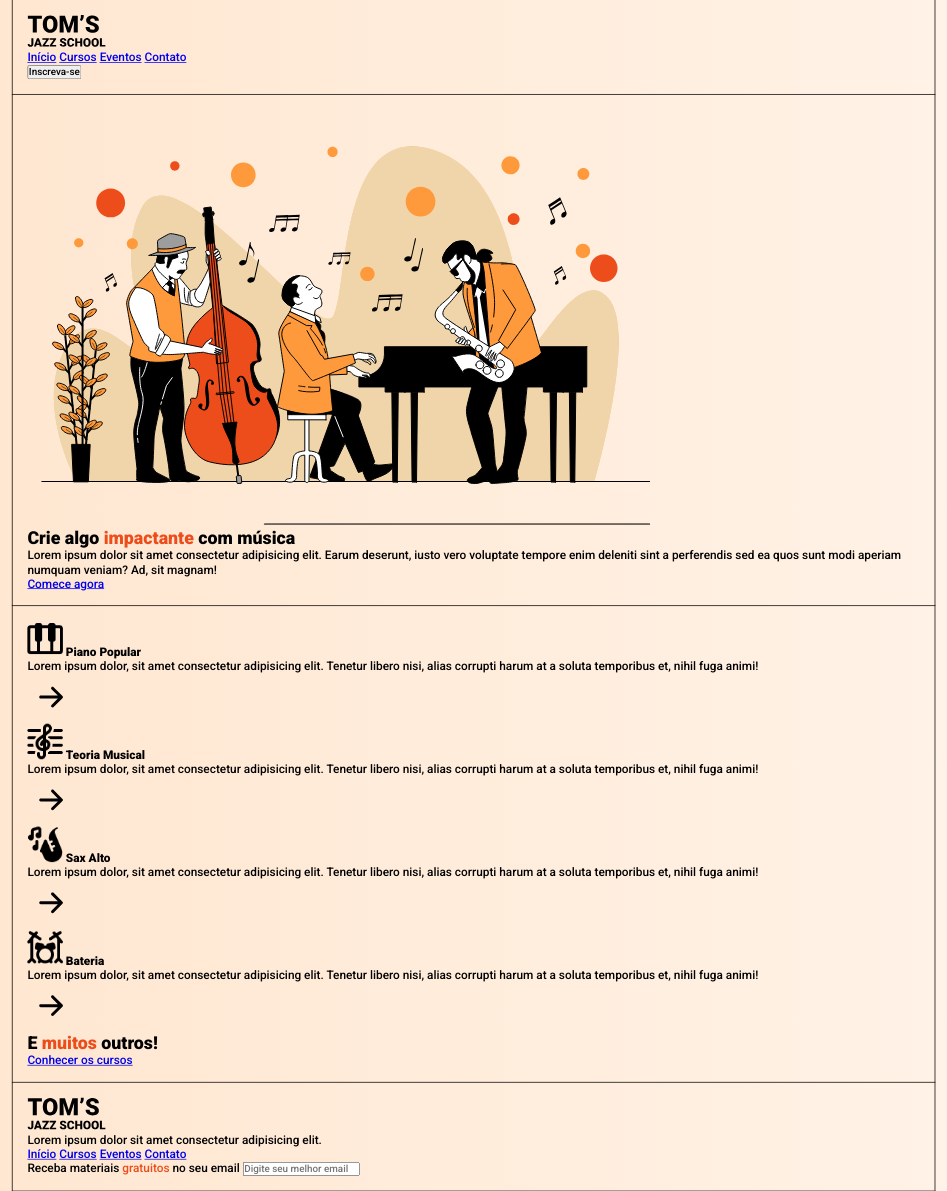
Repository: tenoriodasilva31/OBC-Music-School
Page: index.html
An editor plug-in stored every save of this project. The page is shown before and after the next save, followed by the edit.
The browser window is 1280 px wide. The pictures show the whole page, at 74% of full size.

Above is the page before, as saved 2023-07-05 17:10:55.

### index.html
<!DOCTYPE html>
<html lang="pt-BR">
<head>
    <meta charset="UTF-8">
    <meta name="viewport" content="width=device-width, initial-scale=1.0">
    <title>Tom's Jazz School</title>

    <link rel="preconnect" href="https://fonts.googleapis.com">
    <link rel="preconnect" href="https://fonts.gstatic.com" crossorigin>

    <link rel="stylesheet" href="index.css">

    <link href="https://fonts.googleapis.com/css2?family=Roboto:wght@500;900&display=swap" rel="stylesheet">
</head>
<body>
    <header>
        <img src="./img/logo.svg" alt="Tom's School">
        <nav>
            <a href="#">Início</a>
            <a href="#">Cursos</a>
            <a href="#">Eventos</a>
            <a href="#">Contato</a>
        </nav>
        <button href="#" class="button">Inscreva-se</button>
    </header>
    <main>
        <section class="hero-section">
            <img src="/img/hero-img.svg" alt="Banda de jazz se apresentando">
            <div>
                <h1>Crie algo <span class="text-primary">impactante</span> com música</h1>
                <p>Lorem ipsum dolor sit amet consectetur adipisicing elit. Earum deserunt, iusto vero voluptate tempore enim deleniti sint a perferendis sed ea quos sunt modi aperiam numquam veniam? Ad, sit magnam!</p>
                <a href="#" class="button">Comece agora</a>
            </div>
        </section>
        <section class="courses-section">
            <div class="cards">
            <article>

                <img src="/img/piano.png" alt="icone de teclas de piano">
                <strong>Piano Popular</strong>
                <p>Lorem ipsum dolor, sit amet consectetur adipisicing elit. Tenetur libero nisi, alias corrupti harum at a soluta temporibus et, nihil fuga animi!</p>
                <a href="#">
                    <img src="/img/arrow-right.svg" alt="Ir para página do curso">
                </a>
            </article>
            <article>
                <img src="/img/clef.png" alt="icone clave">
                <strong>Teoria Musical</strong>
                <p>Lorem ipsum dolor, sit amet consectetur adipisicing elit. Tenetur libero nisi, alias corrupti harum at a soluta temporibus et, nihil fuga animi!</p>
                <a href="#">
                    <img src="/img/arrow-right.svg" alt="Ir para página do curso">
                </a>
            </article>
            <article>
                <img src="/img/sax.png" alt="icone de teclas de piano">
                <strong>Sax Alto</strong>
                <p>Lorem ipsum dolor, sit amet consectetur adipisicing elit. Tenetur libero nisi, alias corrupti harum at a soluta temporibus et, nihil fuga animi!</p>
                <a href="#">
                    <img src="/img/arrow-right.svg" alt="Ir para página do curso">
                </a>
            </article>
            <article>
                <img src="/img/drums.png" alt="icone de teclas de piano">
                <strong>Bateria</strong>
                <p>Lorem ipsum dolor, sit amet consectetur adipisicing elit. Tenetur libero nisi, alias corrupti harum at a soluta temporibus et, nihil fuga animi!</p>
                <a href="#">
                    <img src="/img/arrow-right.svg" alt="Ir para página do curso">
                </a>
            </article>
            </div>
            <h2>E <span class="text-primary">muitos</span> outros!</h2>
            <a href="#" class="button">Conhecer os cursos</a>
        </section>
    </main>

    <footer>
        <div>
            <img src="/img/logo.svg" alt="Tom's School">
            <p>Lorem ipsum dolor sit amet consectetur adipisicing elit. </p>
        </div>
        <nav>
            <a href="#">Início</a>
            <a href="#">Cursos</a>
            <a href="#">Eventos</a>
            <a href="#">Contato</a>
        </nav>
        <form>
            <label for="email">Receba materiais <span class="text-primary">gratuitos</span> no seu email</label>
            <input type="text" name="email" id="email" placeholder="Digite seu melhor email">
        </form>
    </footer>
</body>
</html>

### index.css
* {
    box-sizing: border-box;
    font-family: 'Roboto', sans-serif;
    margin: 0;
    padding: 0;
}

:root {
    --color-primary: #ED4D1B;
    --color-secondary: #FF9a3c;
    --color-black: #000;
    --color-white: #FFF;
}

body {
    background: linear-gradient(90deg, #ffe7d1 0%, #FFF2e6 100%);
    padding: 0 1rem;
}

header,.hero-section, .courses-section, footer {
    border-color: var(--color-black);
    border-style: solid;
    border-width: 0 1px 1px 1px;
    padding: 1.25rem;
}

.mt-1 {
    margin-top: 1rem;
}

.mt-2 {
    margin-top: 2rem;
}

.mb-1 {
    margin-bottom: 1rem;
}

.mb-2 {
    margin-bottom: 2rem;
}

.mx-auto {
    margin-left: auto;
    margin-right: auto;
}

.text-primary {
    color: var(--color-primary);
}

.text-center {
    text-align: center;
}

After the next save:
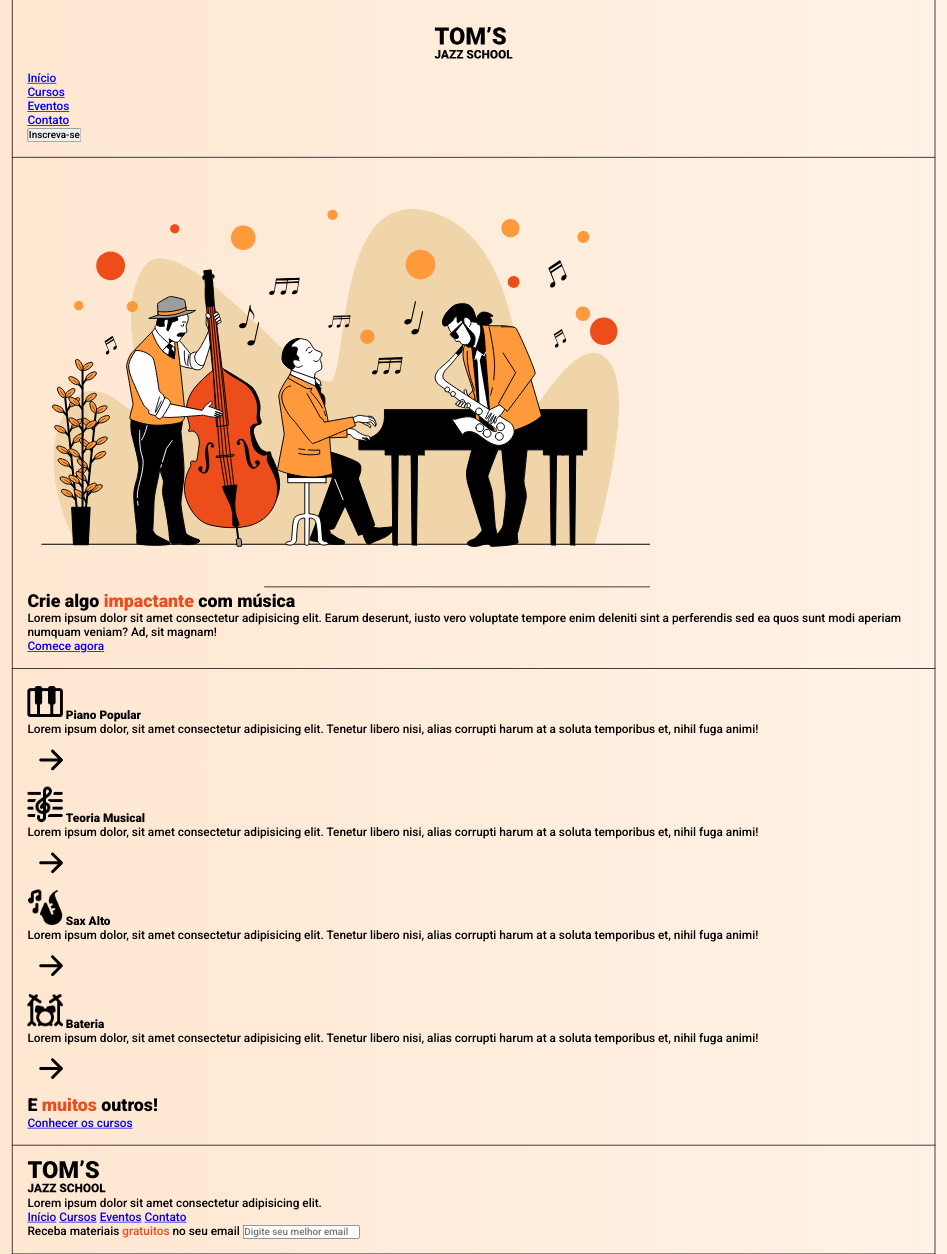
Saved 2 min 4 s later.
--- a/index.css
+++ b/index.css
@@ -22,6 +22,16 @@ header,.hero-section, .courses-section, footer {
     border-style: solid;
     border-width: 0 1px 1px 1px;
     padding: 1.25rem;
+}
+
+header img {
+    display: block;
+    margin: 1rem auto;
+}
+
+header nav {
+    display: grid;
+    grid-template-columns: 1fr, 1fr;
 }
 
 .mt-1 {
